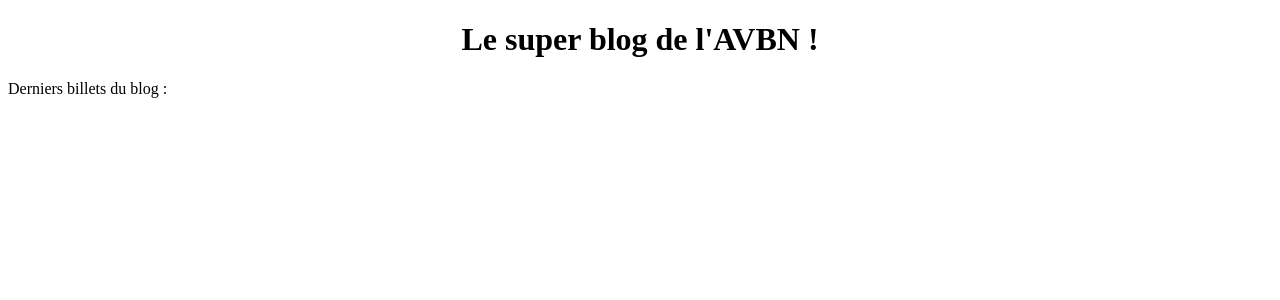
Repository: ahamie71/mvc
Page: http://localhost/blog/index.php
An editor plug-in stored every save of this project. The page is shown before and after the next save, followed by the edit.
The browser window is 1280 px wide. The pictures show the whole page.
The page is run by PHP 8.4 with error messages shown; the project is at /var/www/html/. Queries for data that is not in the repository find no rows.

Above is the page before, as saved 2023-01-27 14:33:29.

After the next save:
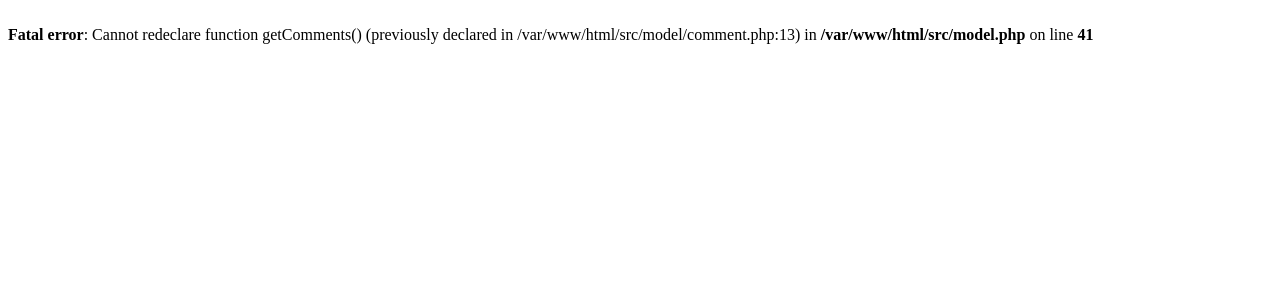
Saved 6 min 47 s later.
--- a/src/model/comment.php
+++ b/src/model/comment.php
@@ -9,6 +9,29 @@ function createComment(string $post, string $author, string $comment):bool
 
 	return ($affectedLines > 0);
 }
+
+function getComments($identifier)
+{
+    $database = dbConnect();
+    $statement = $database->prepare(
+        "SELECT id, author, comment, DATE_FORMAT(comment_date, '%d/%m/%Y à %Hh%imin%ss') AS french_creation_date FROM comments WHERE post_id = ? ORDER BY comment_date DESC"
+    );
+    $statement->execute([$identifier]);
+
+    $comments = [];
+    while (($row = $statement->fetch())) {
+        $comment = [
+            'author' => $row['author'],
+            'french_creation_date' => $row['french_creation_date'],
+            'comment' => $row['comment'],
+        ];
+
+        $comments[] = $comment;
+    }
+
+    return $comments;
+}
+
 function commentDbConnect()
 {
 	try {
